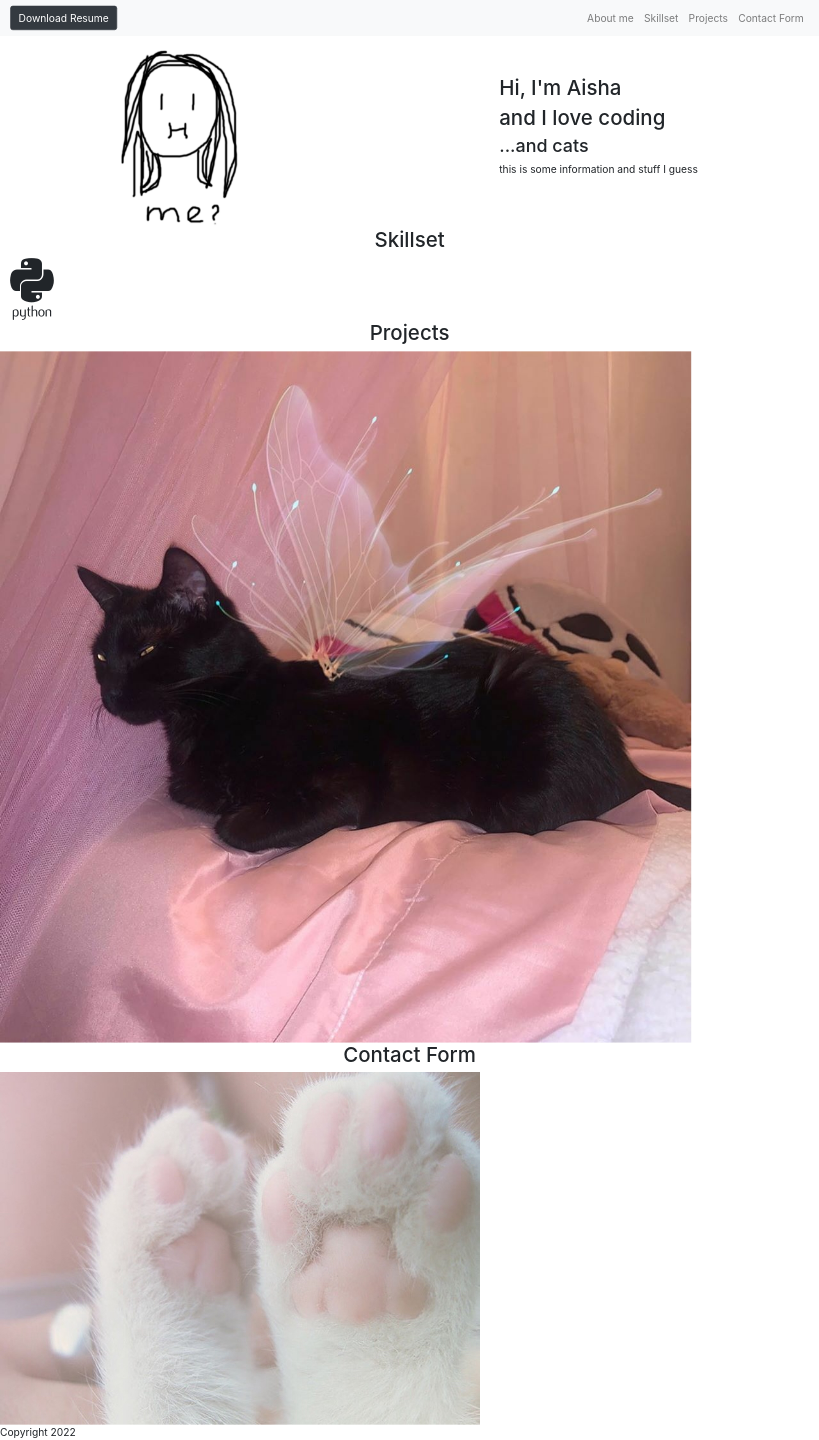
Repository: aishakapan/portfolio
Page: index.html
These files come from the project's save history. The page is drawn as it stood at one moment and after the next save; the edit follows.
The browser window is 1280 px wide. The pictures show the whole page, at 64% of full size.
Some web libraries are served in a nearby version.

Above is the page before, as saved 2022-08-19 14:27:09.

After the next save:
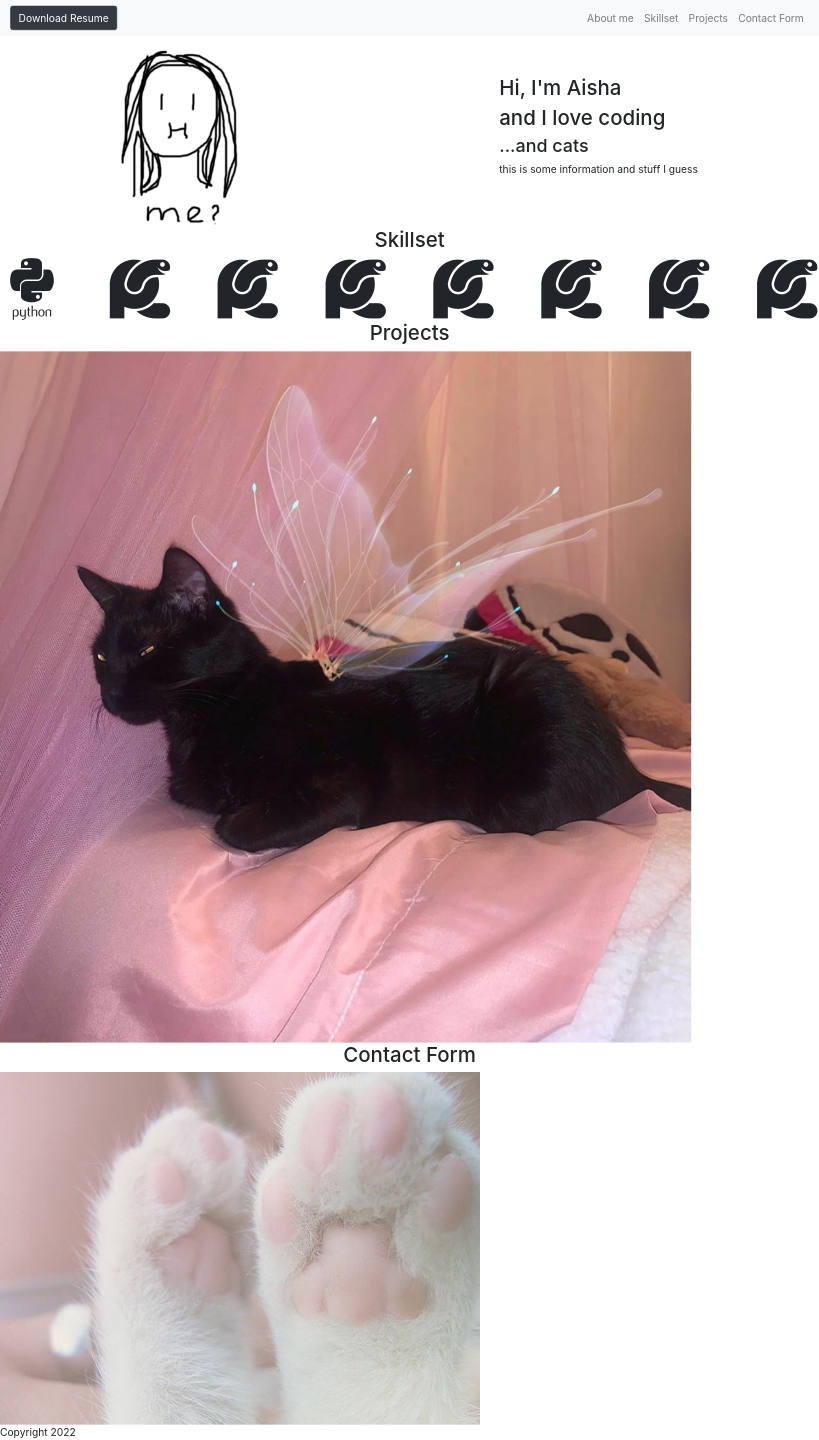
Saved 62 s later.
--- a/index.html
+++ b/index.html
@@ -43,6 +43,13 @@
             <h2>Skillset</h2>
             <div class="skills-container">
                 <i class="devicon-python-plain-wordmark"></i>
+                <i class="devicon-pycharm-plain"></i>
+                <i class="devicon-pycharm-plain"></i>
+                <i class="devicon-pycharm-plain"></i>
+                <i class="devicon-pycharm-plain"></i>
+                <i class="devicon-pycharm-plain"></i>
+                <i class="devicon-pycharm-plain"></i>
+                <i class="devicon-pycharm-plain"></i>
             </div>
 
             <!-- images/icons -->

After the save that followed:
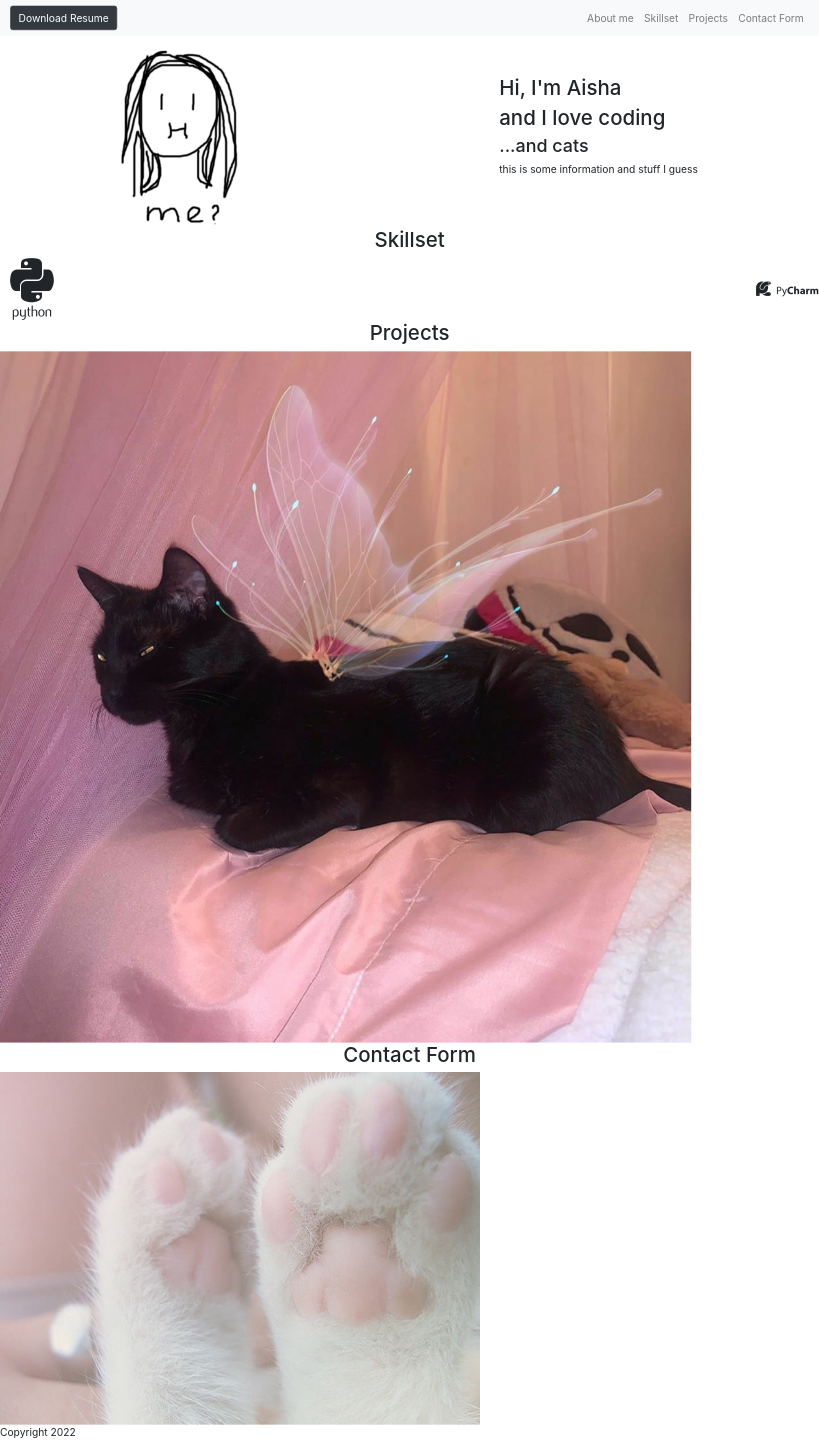
Saved 61 s later.
--- a/index.html
+++ b/index.html
@@ -43,13 +43,7 @@
             <h2>Skillset</h2>
             <div class="skills-container">
                 <i class="devicon-python-plain-wordmark"></i>
-                <i class="devicon-pycharm-plain"></i>
-                <i class="devicon-pycharm-plain"></i>
-                <i class="devicon-pycharm-plain"></i>
-                <i class="devicon-pycharm-plain"></i>
-                <i class="devicon-pycharm-plain"></i>
-                <i class="devicon-pycharm-plain"></i>
-                <i class="devicon-pycharm-plain"></i>
+                <i class="devicon-pycharm-plain-wordmark"></i>
             </div>
 
             <!-- images/icons -->
